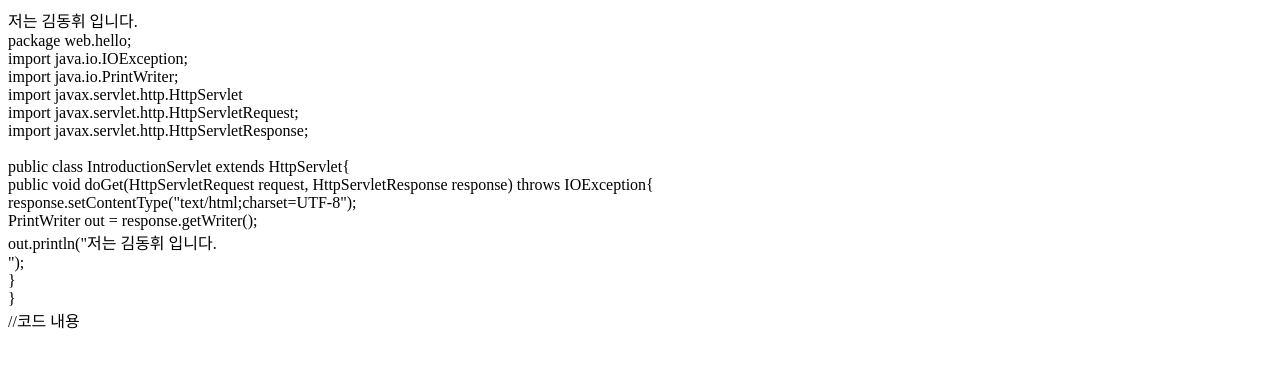
Repository: fellownew/web_workspace
Page: http://localhost/HelloworldWeb/introductionServlet
The author's editor kept a copy of each file at every save. The page is drawn from the files as they stood at one save, then again after the next save.
The browser window is 1280 px wide. The pictures show the whole page.
The page is served by Tomcat 9. Other server files are loaded and not shown.

Above is the page before, as saved 2015-03-12 08:25:19.

### HelloworldWeb/src/web/hello/IntroductionServlet.java
package web.hello;

import java.io.IOException;
import java.io.PrintWriter;

import javax.servlet.http.HttpServlet;
import javax.servlet.http.HttpServletRequest;
import javax.servlet.http.HttpServletResponse;

public class IntroductionServlet extends HttpServlet{

	public void doGet(HttpServletRequest request, HttpServletResponse response) throws IOException{
		response.setContentType("text/html;charset=UTF-8");
		PrintWriter out = response.getWriter(); //response에서 Writer를 불러와 PrintWriter를 만듬.
		out.println("저는 김동휘 입니다.<br/>");
		out.println("package web.hello;<br/>"
				+ "import java.io.IOException;<br/>"
				+ "import java.io.PrintWriter;<br/>"
				+ "import javax.servlet.http.HttpServlet<br/>"
				+ "import javax.servlet.http.HttpServletRequest;<br/>"
				+ "import javax.servlet.http.HttpServletResponse;<br/><br/>"
				+ "public class IntroductionServlet extends HttpServlet{<br/>"
				+ "		public void doGet(HttpServletRequest request, HttpServletResponse response) throws IOException{<br/>"
				+ "			response.setContentType(\"text/html;charset=UTF-8\");<br/>"
				+ "			PrintWriter out = response.getWriter();<br/>"
				+ "			out.println(\"저는 김동휘 입니다.<br/>\");<br/>"
				+ "		}<br/>"
				+ "}<br/>"
				+ "//코드 내용");

	}

}

After the next save:
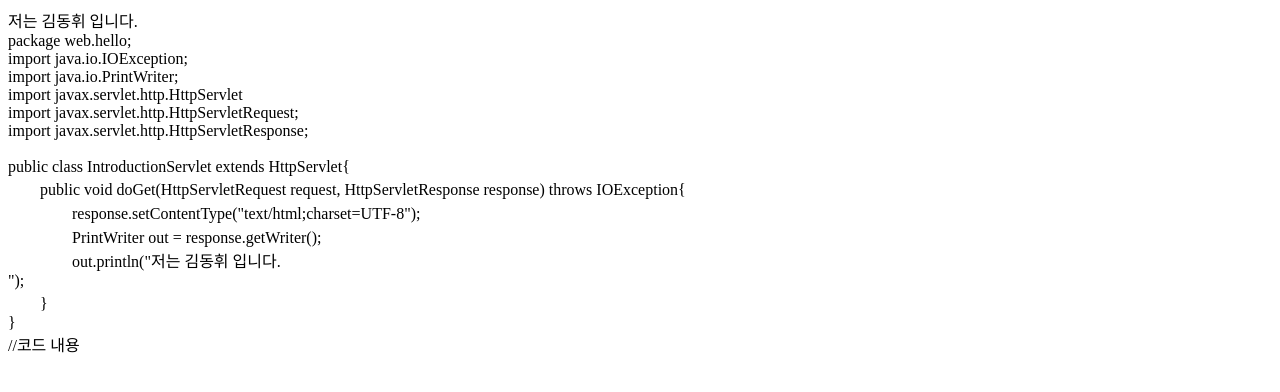
Saved 108 s later.
--- a/HelloworldWeb/src/web/hello/IntroductionServlet.java
+++ b/HelloworldWeb/src/web/hello/IntroductionServlet.java
@@ -20,11 +20,11 @@ public class IntroductionServlet extends HttpServlet{
 				+ "import javax.servlet.http.HttpServletRequest;<br/>"
 				+ "import javax.servlet.http.HttpServletResponse;<br/><br/>"
 				+ "public class IntroductionServlet extends HttpServlet{<br/>"
-				+ "		public void doGet(HttpServletRequest request, HttpServletResponse response) throws IOException{<br/>"
-				+ "			response.setContentType(\"text/html;charset=UTF-8\");<br/>"
-				+ "			PrintWriter out = response.getWriter();<br/>"
-				+ "			out.println(\"저는 김동휘 입니다.<br/>\");<br/>"
-				+ "		}<br/>"
+				+ "　　public void doGet(HttpServletRequest request, HttpServletResponse response) throws IOException{<br/>"
+				+ "　　　　response.setContentType(\"text/html;charset=UTF-8\");<br/>"
+				+ "　　　　PrintWriter out = response.getWriter();<br/>"
+				+ "　　　　out.println(\"저는 김동휘 입니다.<br/>\");<br/>"
+				+ "　　}<br/>"
 				+ "}<br/>"
 				+ "//코드 내용");
 
